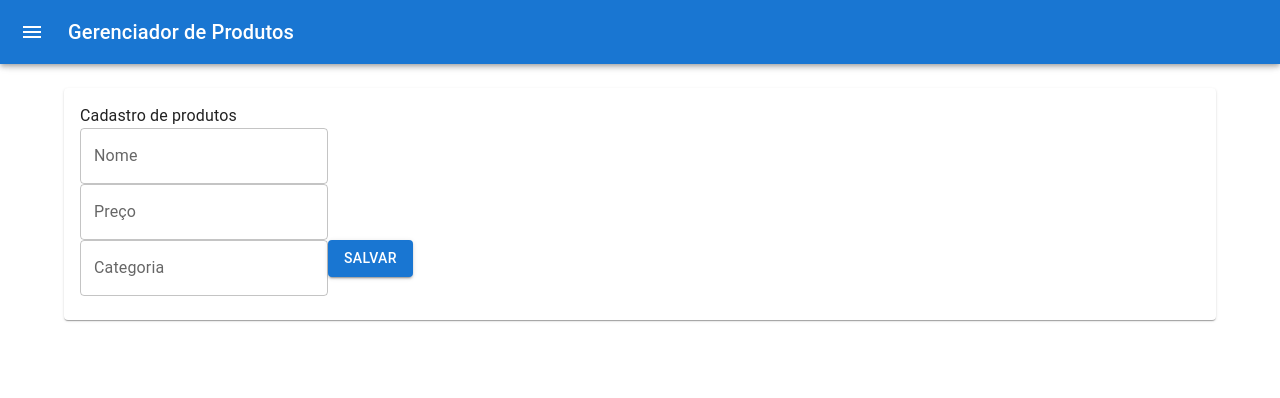
Repository: KennedyWanderson/crud-web
Page: /
The author's editor kept a copy of each file at every save. The page is drawn from the files as they stood at one save, then again after a run of saves.
The browser window is 1280 px wide. The pictures show the whole page.
The project was rebuilt for these pictures with package versions that can differ from the ones it lists, and the page was loaded fresh each time. Also part of the build but not shown: src/Components/ProductList.js, src/Components/CategoryRegister.js, src/Components/CategotyList.js.

Above is the page before, as saved 2023-11-15 16:18:47.

After the next 6 saves:
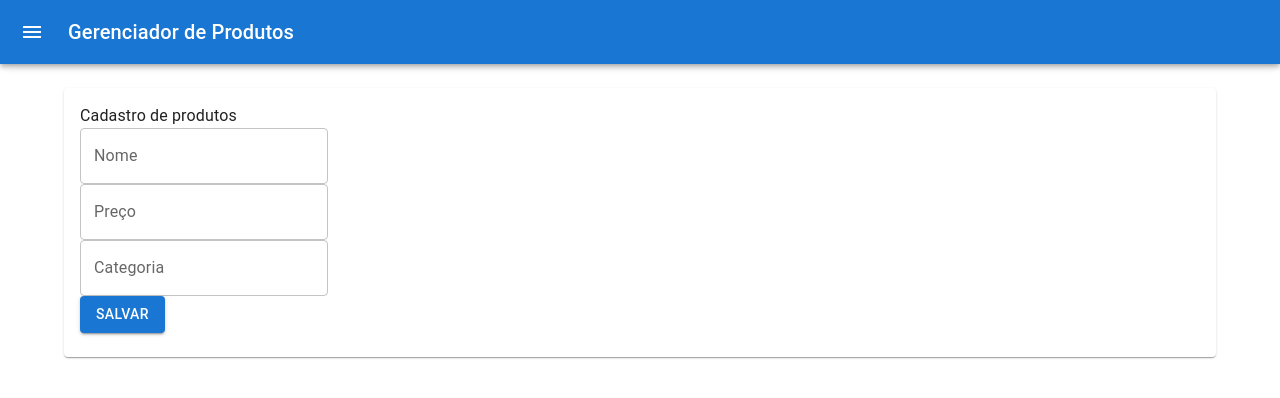
The 6 saves are shown as one change because 1 did not build or start and some came seconds apart.
The last was saved 18 s later.
--- a/src/Components/ProductRegister.js
+++ b/src/Components/ProductRegister.js
@@ -14,7 +14,9 @@ function ProductRegister(props) {
                         <TextField id="outlined-basic" label="Preço" variant="outlined" />
                     </div>
                     <div>
-                    <TextField id="outlined-basic" label="Categoria" variant="outlined" />
+                        <TextField id="outlined-basic" label="Categoria" variant="outlined" />
+                    </div>
+                    <div>
                         <Button variant="contained">Salvar</Button>
                     </div>
                 </div>
